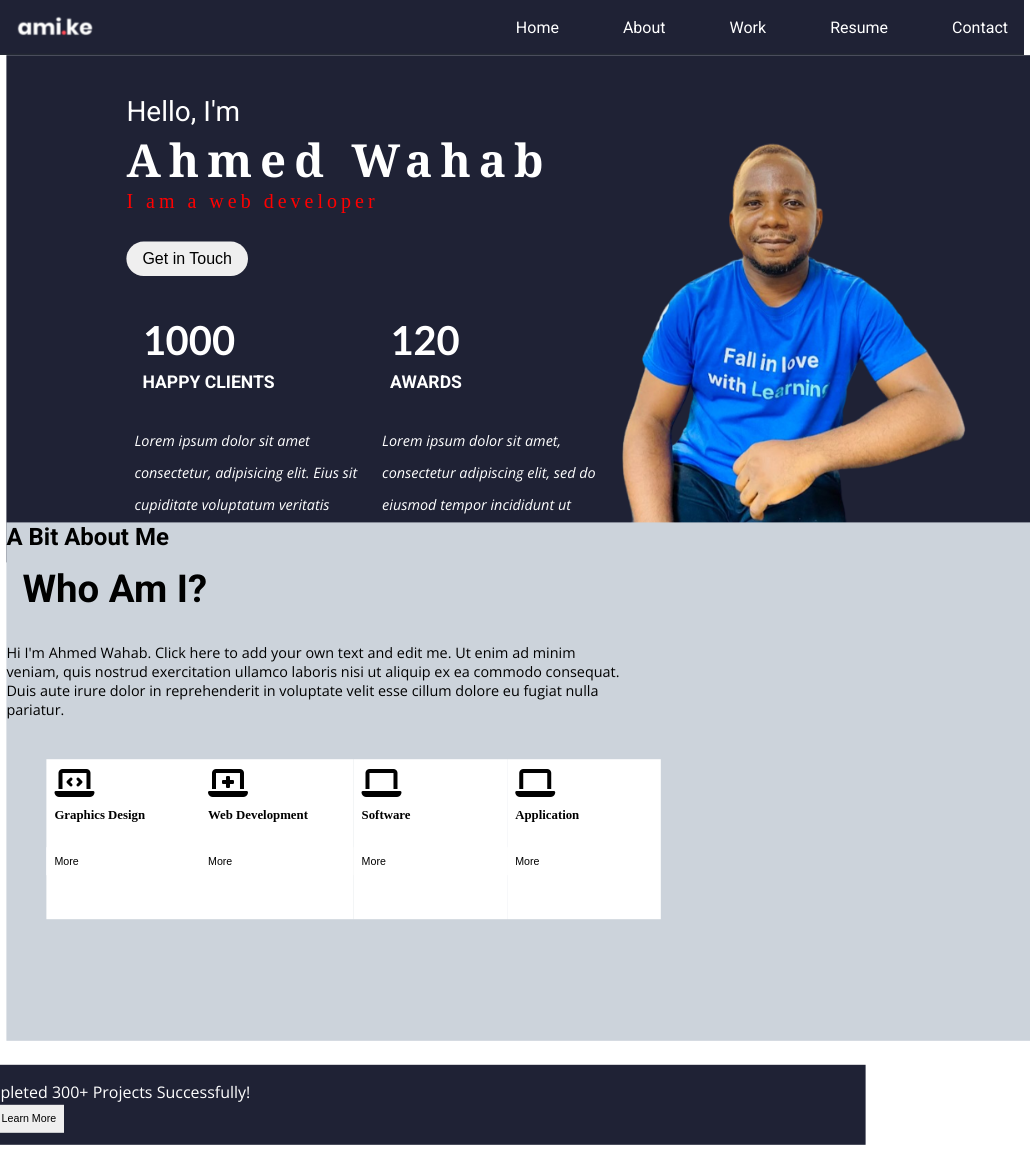
Repository: imokha01/HTML
Page: index.html
An editor plug-in stored every save of this project. The page is shown before and after the next save, followed by the edit.
The browser window is 1280 px wide. The page is 1288 px wide, so the pictures cover 1288 px, including what lies to the right of the window. The pictures show the whole page, at 80% of full size.

Above is the page before, as saved 2023-11-28 00:21:49.

After the next save:
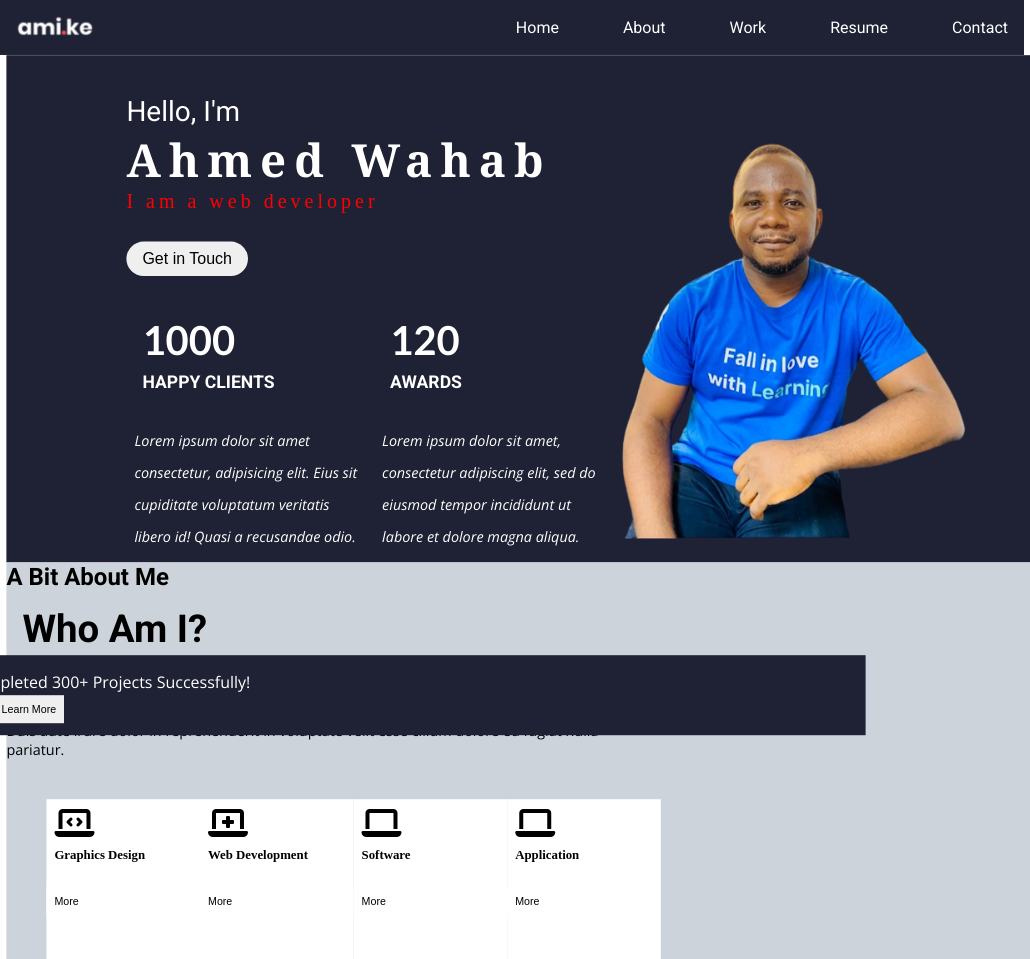
Saved 30 s later.
--- a/index.css
+++ b/index.css
@@ -198,7 +198,7 @@ h1 {
 /* About page styling */
 .about_page {
   background-color: #ccd3db;
-  position: relative;
+disp
   height: 90vh;
   top: -50px;
 }
